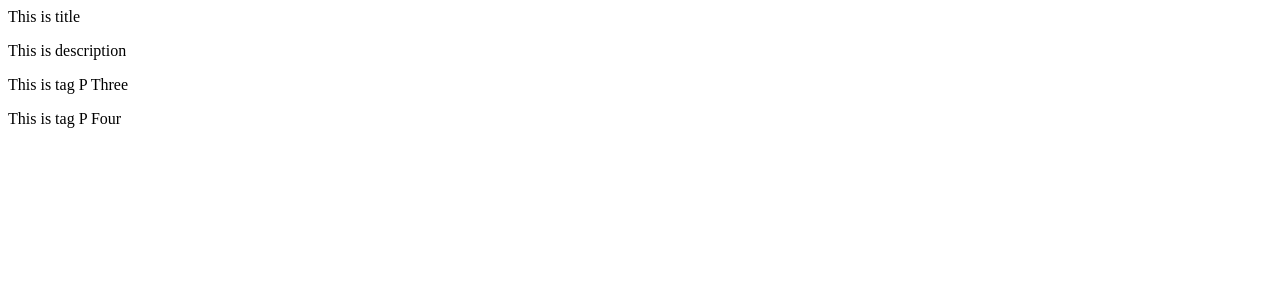
Repository: VDHBK/Learn-JS
Page: JS-Huy/DOM/querySelector.html
An editor plug-in stored every save of this project. The page is shown before and after the next save, followed by the edit.
The browser window is 1280 px wide. The pictures show the whole page.

Above is the page before, as saved 2020-10-16 00:42:46.

### JS-Huy/DOM/querySelector.html
<!-- DOM querySelector -->
<html>
	<head>
	</head>
	<body>
            <p class="title">This is title </p>
            <p class="description">This is description </p>
            <p class="description">This is tag P Three </p>
            <p class="description">This is tag P Four </p>

        <script>
            let listObject = document.getElementsByClassName("description");
            console.log(listObject);
        </script>
	</body>
</html>

After the next save:
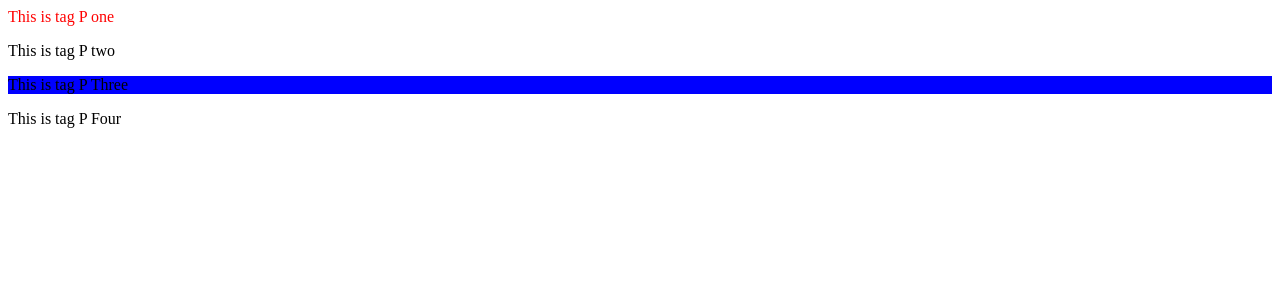
Saved 16 s later.
--- a/JS-Huy/DOM/querySelector.html
+++ b/JS-Huy/DOM/querySelector.html
@@ -3,14 +3,15 @@
 	<head>
 	</head>
 	<body>
-            <p class="title">This is title </p>
-            <p class="description">This is description </p>
-            <p class="description">This is tag P Three </p>
-            <p class="description">This is tag P Four </p>
+            <p>This is tag P one </p>
+            <p>This is tag P two </p>
+            <p>This is tag P Three </p>
+            <p>This is tag P Four </p>
 
         <script>
-            let listObject = document.getElementsByClassName("description");
-            console.log(listObject);
-        </script>
+            let tagObject = document.getElementsByTagName("p");
+            tagObject[0].style.color = "red";
+            tagObject[2].style.backgroundColor = "blue";
+		</script>
 	</body>
 </html>

After the save that followed:
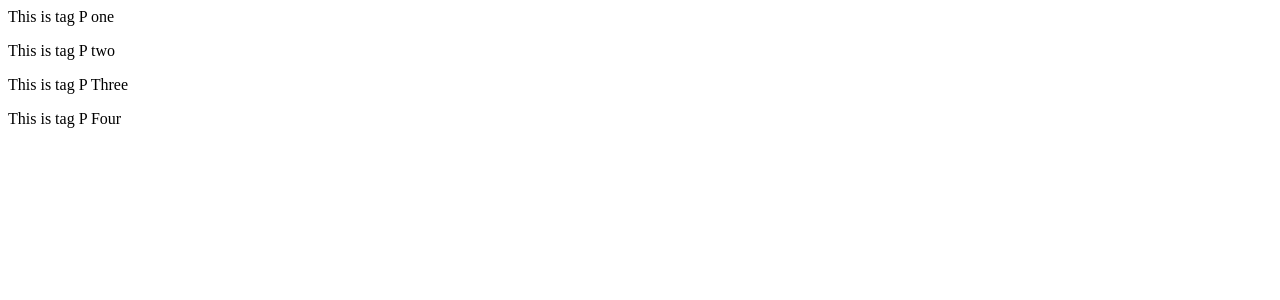
Console error: ReferenceError: tagObject is not defined
Saved 34 s later.
--- a/JS-Huy/DOM/querySelector.html
+++ b/JS-Huy/DOM/querySelector.html
@@ -9,7 +9,7 @@
             <p>This is tag P Four </p>
 
         <script>
-            let tagObject = document.getElementsByTagName("p");
+            let Object = document.querySelector("p");
             tagObject[0].style.color = "red";
             tagObject[2].style.backgroundColor = "blue";
 		</script>
